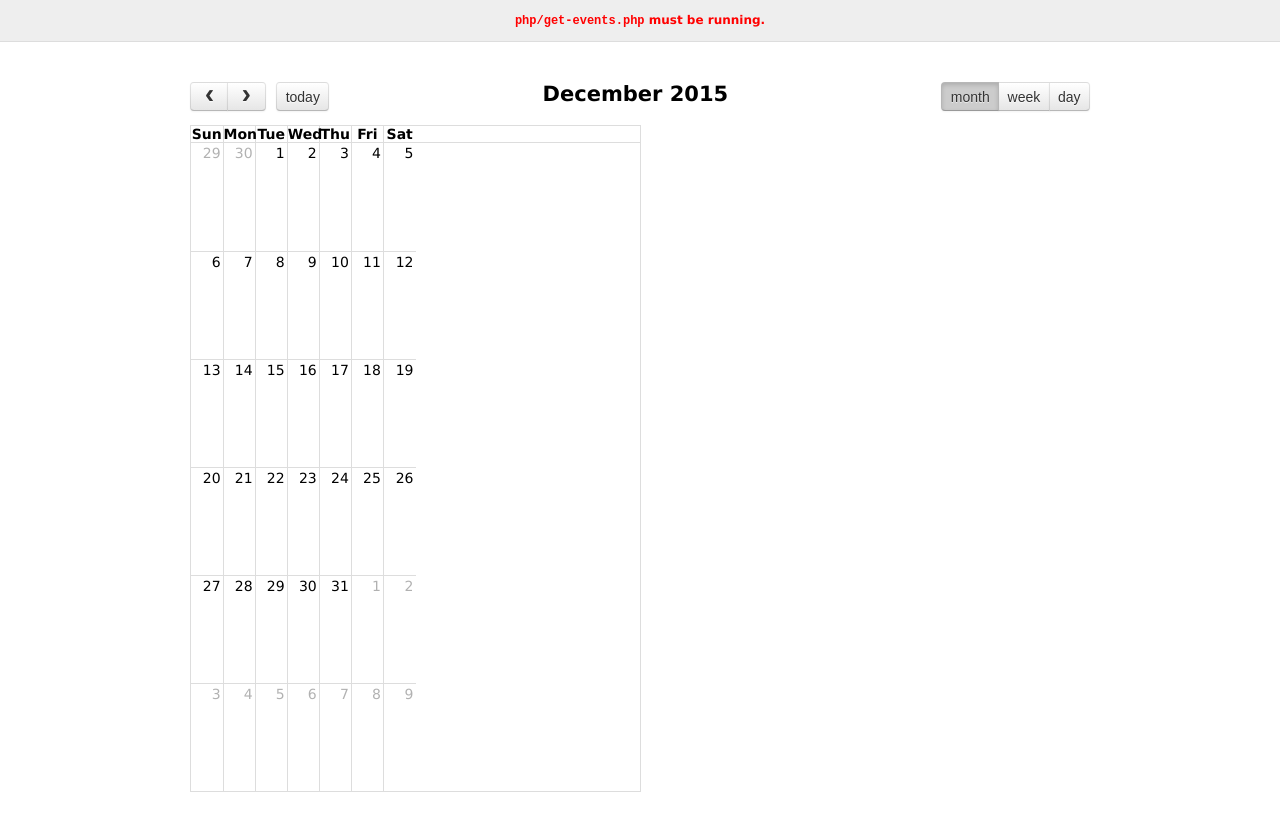
Repository: Julian-4A5A/rijschoolrocket
Page: workspace/Aanmelden/fullcalendar/demos/json.html
The author's editor kept a record of every edit. The page is drawn from the files as they stood at one moment, then again after the next edit.
The browser window is 1280 px wide. The pictures show the whole page.

Above is the page before.

After the next edit:
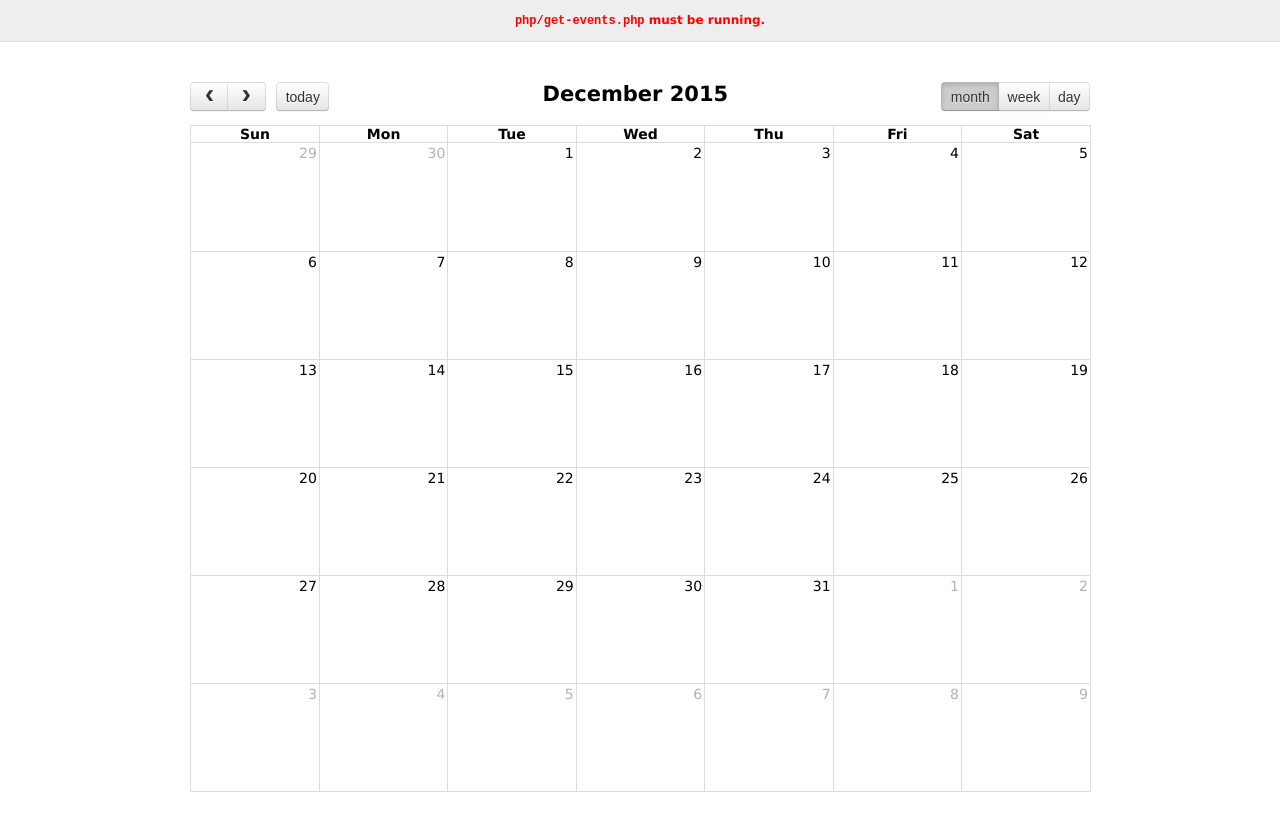
The edit:
--- a/workspace/Aanmelden/fullcalendar/fullcalendar.css
+++ b/workspace/Aanmelden/fullcalendar/fullcalendar.css
@@ -371,7 +371,7 @@
 --------------------------------------------------------------------------------------------------*/
 
 .fc table {
-	width: 50%;
+	width: 100%;
 	table-layout: fixed;
 	border-collapse: collapse;
 	border-spacing: 0;
@@ -439,7 +439,7 @@
 
 .fc-row .fc-bgevent-skeleton table,
 .fc-row .fc-highlight-skeleton table {
-	height: 50%; /* stretch skeleton to bottom of row */
+	height: 100%; /* stretch skeleton to bottom of row */
 }
 
 .fc-row .fc-highlight-skeleton td,
